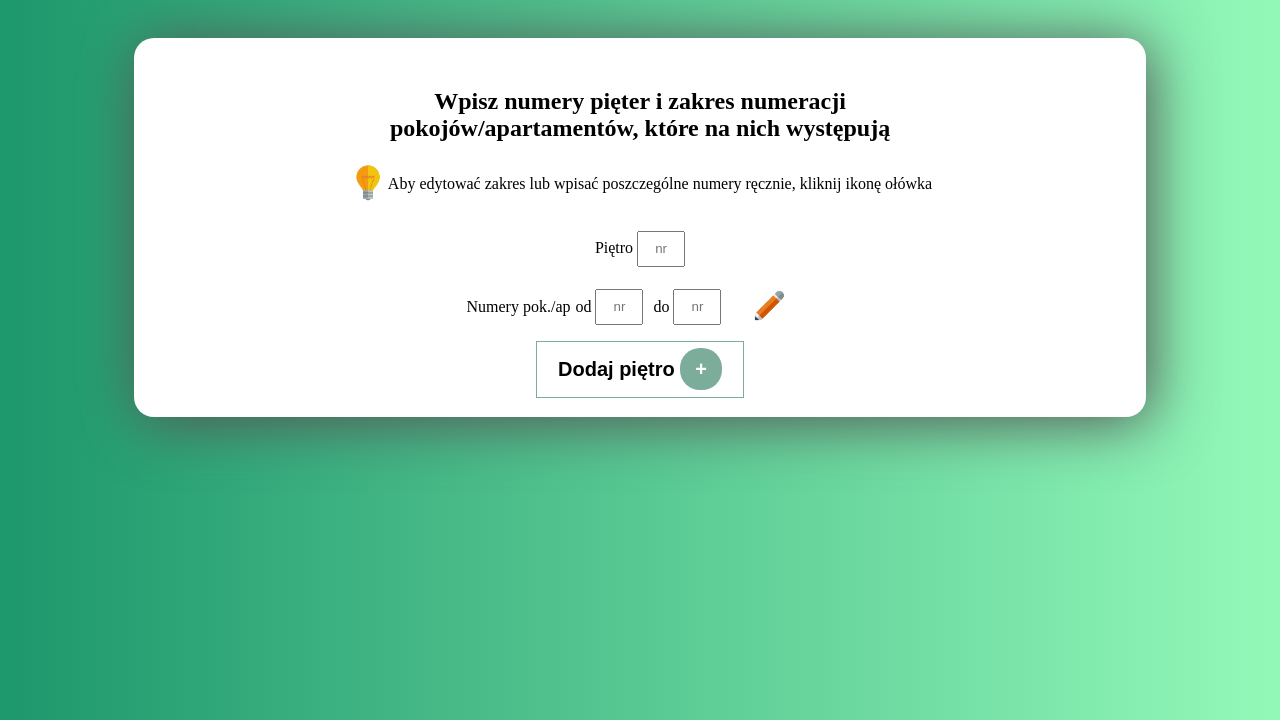
Repository: kateotto/vue-hotel-app
Page: /
An editor plug-in stored every save of this project. The page is shown before and after the next save, followed by the edit.
The browser window is 1280 px wide. The pictures show the whole page.
The first visible `.add-button` has the focus.
The project was rebuilt for these pictures with package versions that can differ from the ones it lists, and the page was loaded fresh each time. Also part of the build but not shown: src/components/Rooms.vue, src/components/Floor.vue.

Above is the page before, as saved 2020-03-15 23:12:31.

After the next save:
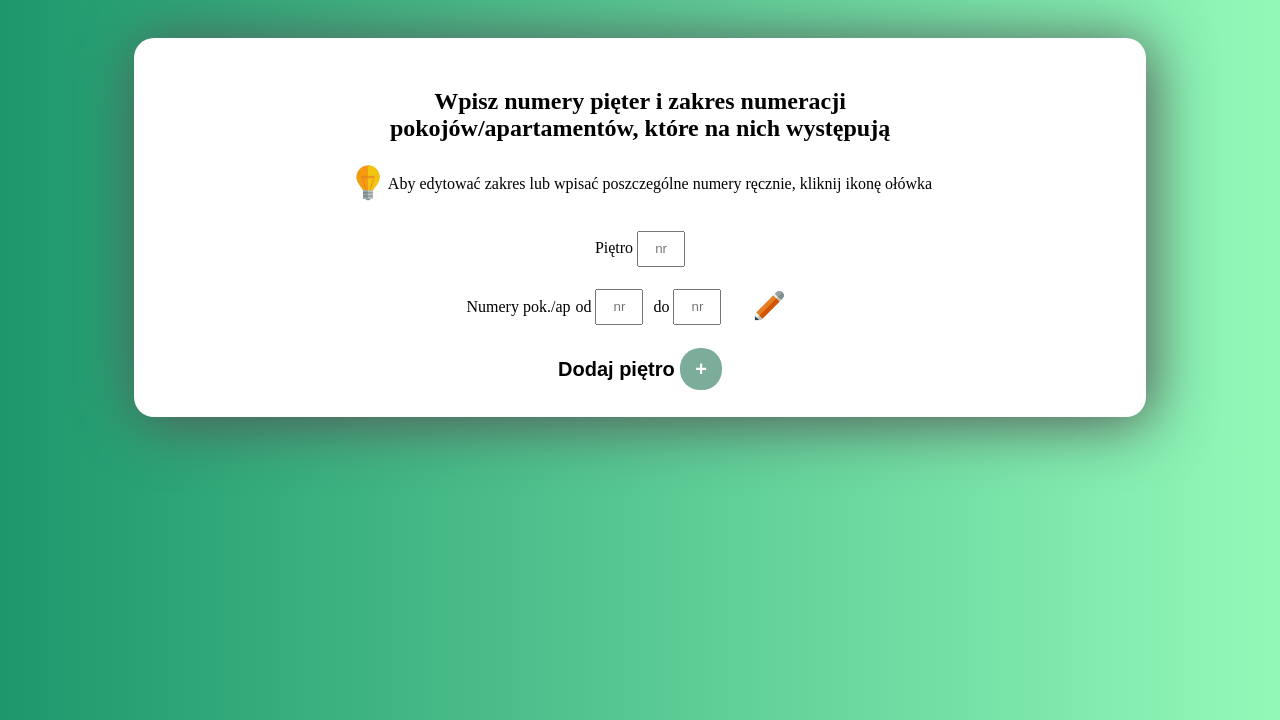
Saved 43 s later.
--- a/src/components/Container.vue
+++ b/src/components/Container.vue
@@ -238,11 +238,6 @@ label {
   outline: transparent;
 }
 
-.add-button:focus {
-  outline: 1px solid #7bad9a;
-  outline-offset: 15px;
-}
-
 .add-button::after {
   content: "+";
   padding: 10px 15px;
@@ -250,7 +245,11 @@ label {
   color: #fff;
   border-radius: 20px;
   cursor: pointer;
-
+}
+
+.add-button::after:focus {
+  outline: 1px solid #7bad9a;
+  outline-offset: 15px;
 }
 
 .error {
